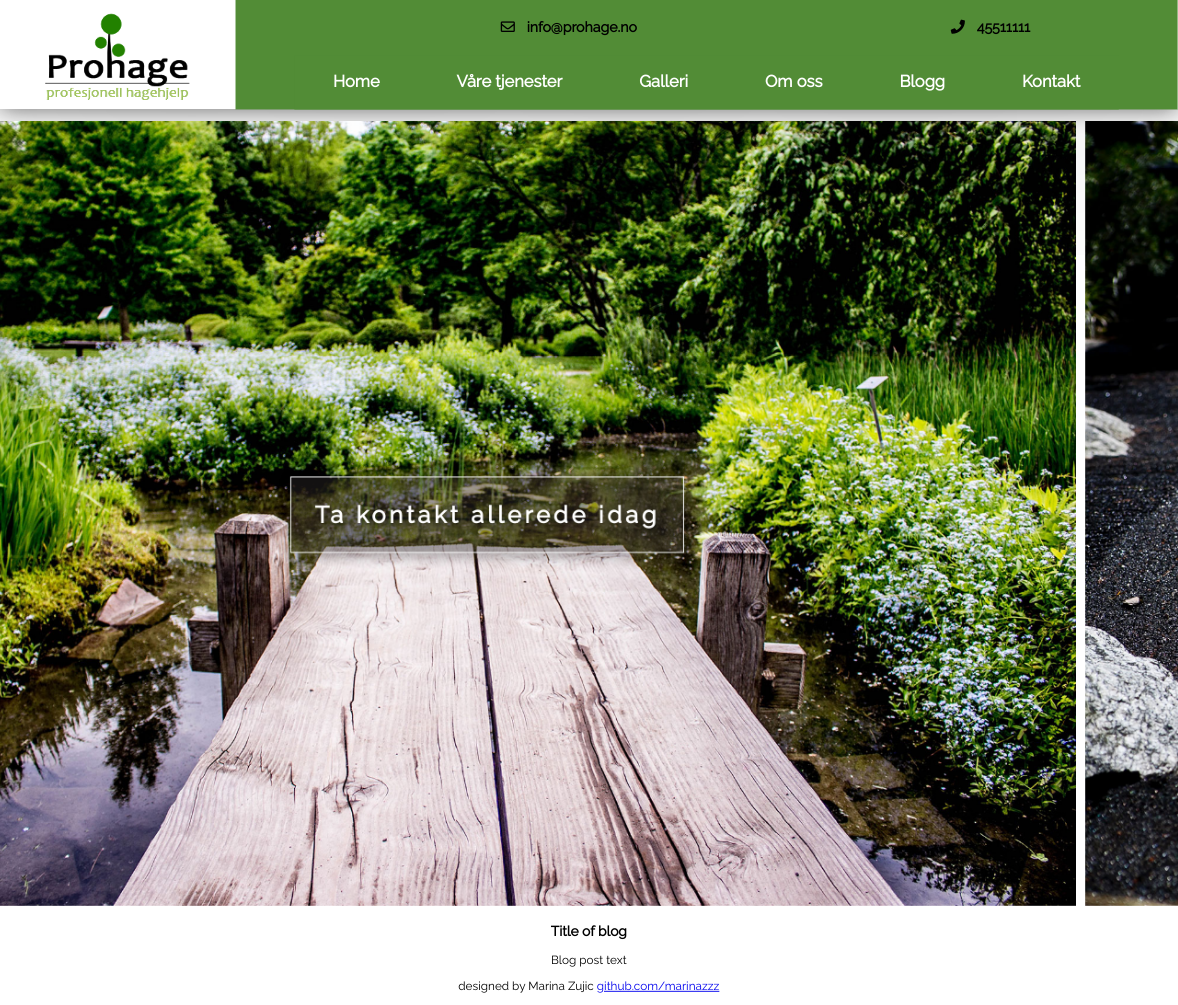
Repository: marinazzz/garden-design-website
Page: Garden design website/index.html
An editor plug-in stored every save of this project. The page is shown before and after the next save, followed by the edit.
The browser window is 1280 px wide. The pictures show the whole page, at 92% of full size.

Above is the page before, as saved 2020-03-30 13:36:39.

### Garden design website/index.html
<!DOCTYPE html>
<html lang="nb">
<head>
    <title>Hagedesign Oslo</title>
    <link rel="stylesheet" type="text/css" href="CSS/fontawesome-free-5.12.1-web/css/all.min.css">
    <link rel="stylesheet" type="text/css" href="CSS/style.css"/>
    <link rel="stylesheet" type="text/css" href="CSS/min-width-768px.css">
    <link rel="stylesheet" type="text/css" href="CSS/min-width-992px.css">
    <link rel="stylesheet" href="https://cdnjs.cloudflare.com/ajax/libs/animate.css/3.7.2/animate.min.css">
    <link rel="stylesheet" type="text/css" href="PLUGINS/glide-master/dist/css/glide.core.min.css" />
    <link rel="stylesheet" type="text/css" href="PLUGINS/glide-master/dist/css/glide.theme.min.css" />
    <link href="https://fonts.googleapis.com/css?family=Raleway&display=swap" rel="stylesheet">
    <meta name="viewport" content="width=device-width, initial-scale=1" charset="UTF-8">
</head>
<body>
    <header class="header--white-green">
        <div class="container__menu--small container__menu "> <!--grid container-->
            <div class="container__logo"> <!--1.column-->
                <img class="logo"src="images/prohage black.png" alt="Prohage logo">
            </div>
            <div class="container__items--small container__items"> <!--2.column-->
                <div class="container__item"> <!--1.row-->
                     <a href="mailto:info@prohage.no"
                         class ="container__item-txt"><i class="far fa-envelope"></i>info@prohage.no</a>
                     <a href="tlf:45511111"
                         class="container__item-txt"><i class="fas fa-phone"></i>45511111</a>
                </div>
               <div class="container__item-bottom"> <!--2.row-->
                   <button class="menu__toggle">
                       <i class="fas fa-bars"></i>
                   </button>
                   <nav id="menu">
                        <ul class="menu__list">
                            <li class="menu__item">
                                <a class="menu__link" href="home">Home</a>
                            </li>
                            <li class="menu__item">
                                <a class="menu__link" href="#services">Våre tjenester</a>
                            </li>
                            <li class="menu__item">
                                <a class="menu__link" href="#gallery">Galleri</a>
                            </li>
                            <li class="menu__item">
                                <a class="menu__link" href="#about">Om oss</a>
                            </li>
                            <li class="menu__item">
                                <a class="menu__link" href="#blog">Blogg</a>
                            </li>
                            <li class="menu__item">
                                <a class="menu__link" href="kontakt">Kontakt</a>
                            </li>
                       </ul>
                   </nav>
               </div>
            </div>
        </div>
        <section id="main-photo">
            <div class="glide">
                <div class="glide__track"
                     data-glide-el="track">
                    <ul class="glide__slides">
                        <li class="glide__slide">
                            <img class="main-photo__item"
                                 srcset="images/daylight-environment-garden-2000.jpg 2000w,
                                         images/daylight-environment-garden-1000.jpg 1000w"
                                 sizes="(min-width: 1440px) 2000px, 100vw"
                                 src="images/daylight-environment-garden-2000.jpg" alt="Garden and plants" />
                                 <h1 class="main-photo__title">Profesjonell hagehjelp</h1>
                        </li>
                        <li class="glide__slide">
                            <img class="main-photo__item"
                                 srcset="images/main-header-photo-2000.jpg 2000w,
                                          images/main-header-photo-1000.jpg 1000w"
                                 sizes="(min-width: 1440px) 2000px, 100vw"
                                 src="images/main-header-photo-2000.jpg" alt="Garden and plants" />
                                 <h1 class="main-photo__title">Ta kontakt allerede idag</h1>
                                </li>
                        <li class="glide__slide">
                            <img class="main-photo__item"
                                 srcset="images/header-photo-2000.jpg 2000w,
                                         images/header-photo-1000.jpg 1000w"
                                 sizes="(min-width: 1440px) 2000px, 100vw"
                                 src="images/header-photo-2000.jpg" alt="Garden designed by proffesional" />
                                 <h1 class="main-photo__title">Rådgiving og tipser</h1>
                        </li>
                        <li class="glide__slide">
                            <img class="main-photo__item"
                                 srcset="images/bloom-blooming-blur-2000.jpg 2000w,
                                         images/bloom-blooming-blur-1000.jpg 1000w"
                                 sizes="(min-width: 1440px) 2000px, 100vw"
                                 src="images/bloom-blooming-blur-2000.jpg" alt="Garden designed by proffesional" />
                                 <h1 class="main-photo__title">Følg vår hageblogg</h1>
                        </li>
                    </ul>
                </div>
                <!--<div class="glide__arrows"
                         data-glide-el="controls">
                        <button class="glide__arrow glide__arrow--left"
                                data-glide-dir="<">
                            <i class="fas fa-chevron-circle-left"></i>
                        </button>
                        <button class="glide__arrow glide__arrow--right"
                                data-glide-dir=">">
                            <i class="fas fa-chevron-circle-right"></i>
                        </button>
                    </div>-->
            </div>

            <!--<img class="main-photo__item1"
                 srcset="images/architecture-clouds-daylight-2000.jpg 2000w,
                         images/architecture-clouds-daylight-1000.jpg 1000w"
                 sizes="(min-width: 1440px) 2000px, 100vw"
                 src="images/architecture-clouds-daylight-2000.jpg" alt="Garden">
            <img class="main-photo__item2"
                 srcset="images/header-photo-2000.jpg 2000w,
                         images/header-photo-1000.jpg 1000w"
                 sizes="(min-width: 1440px) 2000px, 100vw"
                 src="images/header-photo-2000.jpg" alt="Garden designed by proffesional" >
            <img class="main-photo__item3"
                 srcset="images/main-header-photo-2000.jpg 2000w,
                         images/main-header-photo-1000.jpg 1000w"
                 sizes="(min-width: 1440px) 2000px, 100vw"
                 src="images/main-header-photo-2000.jpg" alt="Garden and plants" >
            <h1 class="main-photo__title">Profesjonell hagehjelp</h1>-->
        </section>
     </header>
     <main>
         <section id="services">

         </section>
         <section id="gallery">

        </section>
         <article id="blog-posts">
             <h3>Title of blog</h2>
             <p>Blog post text</p>
         </article>
         <section id="about oss">

        </section>
     </main>
     <footer>
	     <p>designed by Marina Zujic
		     <a href="https://github.com/marinazzz">github.com/marinazzz</a>
	     </p>
     </footer>
     <script src="PLUGINS/glide-master/dist/glide.min.js"></script>
     <script>
        new Glide('.glide', {
            type: 'carousel',
            autoplay: true,
            hoverpause: false,
            perView: 1,
            direction: 'rtl',
            animationDuration: 10000
        }).mount()
      </script>
     <script src="JS/js-app.js"></script>
</body>
</html>

### Garden design website/CSS/style.css
html {
  font-size: 62.5%;
}

body {
  margin: 0;
  padding: 0;
  text-align: center;
  box-sizing: border-box;
  font-family: 'Raleway', sans-serif;
}

       /*__ HEADER__ */

/*color styles*/
.header--white-green {
  --header-bg-color: #528C36;
  --header-link-color: black;
  --header-menu-link: #fff;
  --header-toggle-color: #528C36;
}

/*main style*/
.container__menu--small {
  display: flex;
  justify-content: space-around;
  box-shadow: 0 0 2rem 0 rgba(0, 0, 0, 0.24), 0 0 30rem 0 rgba(0, 0, 0, 0.2);
}

.logo {
  max-height: 8rem;
  background: white;
}

.container__items--small {
  display: grid;
  grid-template-rows: 1fr 1fr;
  align-content: flex-end;
  width: 250px;
}

.container__item {
  align-self: center;
}

.container__item,
.container__item-bottom {
  text-align: end;
}

.container__item-txt {
  color: var(--header-link-color);
  text-decoration: none;
  font-size: 1.2rem;
}

.container__item > a:first-of-type {
  padding-right: 1.6rem;
}

.container__item-bottom > nav {
  text-align: center;
}

.menu__toggle {
  color: var(--header-bg-color);
  box-sizing: border-box;
  border: none;
  background-color: transparent;
  outline: none;
  font-size: 3rem;
  line-height: 0;
  padding: 0.5rem;
  color: var(--header-toggle-color);
  position: relative;
  z-index: 100;
}

.fa-phone,
.fa-envelope {
  margin-right: 1rem;
}


/* MENU */

#menu {
  display: none;
  position: absolute;
  top: auto;
  left: 0;
  width: 100%;
  padding-top: 1rem;
  background-color: var(--header-bg-color);
  z-index: 20;
}

.menu__list {
  padding: 0;
  margin: 0;
  display: flex;
  flex-direction: column;
}

.menu__item {
  display: block;
  margin-bottom: 1rem;
}

.menu__link {
  color: var(--header-menu-link);
  text-decoration: none;
  font-size: 1.4rem;
}

#menu.menu-opened {
  display: block;
}


/*FOR SMALL DEVICES*/

@media screen and (max-width: 420px) {

  .logo {
    max-height: 7rem;
  }

  .container__items--small {
    width: auto;
    align-self: center;
  }

  .container__item > a:first-of-type {
    padding-right: 1.3rem;
  }

  .container__item {
    text-align: center;
  }

  .fa-phone, .fa-envelope {
    margin-right: 0.3rem;
  }
}

/* MAIN PICTURE */

#main-photo {
  width: 100%;
  padding-top: 1rem;
}

.main-photo__title {
  position: absolute;
  color: white;
  background-color:#524a4a3b;
  border: 0.1rem solid white;
  filter: drop-shadow(2px 4px 6px black);
  padding: 2rem;
  margin: 0 auto;
  font-size: 1.5rem;
  letter-spacing: 0.2rem;
  top: 50%;
  left: 50%;
  transform: translate(-50%, -50%);
}



/* GLIDE SLIDER CSS OVERRIDES */

.glide__slides {
  margin: 0;
}

.glide__slide {
  position: relative;
}

/*#main-photo .glide__arrow  {
  font-size: 4rem;
  padding: 0;
  border-color: transparent;
  box-shadow: none;
  border-radius: 50%;
  line-height: 0;
  transition: all 200ms ease-in-out;
}

#main-photo .glide__arrow:hover {
  border-color: #252525;
  color: #252525;
}*/



/*#main-photo {
  position: relative;
}

.main-photo__item {
   width: 100%;
}

.main-photo__title {
  position: absolute;
  bottom: 1rem;
  left: 20rem;
  font-size: 2rem;
}*/



/*1. COLOR OPTION*/
/* CSS variables*/
/* :root {
  --header-bg-color: #4daa57;
  --header-top-bg-color: #252525;
  --header-toggle-color: #fff;
}*/

/*.top-header__item {
  color: var(--header-link-color);
  text-decoration: none;
  font-size: 1.4rem;
}*/


/*------MAIN----------*/

### Garden design website/CSS/min-width-768px.css
@media screen and (min-width: 768px) {

  html {
    font-size: 70%;
  }

   /* HEADER */


   .container__menu,
   .container__items {
    display: grid;
   }

   .container__menu {
    grid-template-columns: 2fr 80%;
    box-shadow: 0 0 2rem 0 rgba(0, 0, 0, 0.62), 0 0 30rem 0 rgba(0, 0, 0, 0.19);
  }

  .container__items {
    grid-template-rows: 1fr 1fr;
    background: var(--header-bg-color);
    width: auto;
  }

  .container__item,
  .container__item-bottom {
    display: flex;
  }

  .container__item {
    align-self: center;
    justify-content: space-around;
    /*padding-left: 23rem;*/
  }

  .container__item-bottom {
    align-items: center;
  }

  .menu__toggle {
    display: none;
  }

  /* NAVIGATION */

  #menu,
  .menu-opened .menu__item .menu__link {
    display: block;
  }

  #menu {
    position: static;
    padding: 0;
    top: 0;
  }

  #menu,
  .menu_list {
    height: 100%;
  }

  .menu__list {
    height: 100%;
    flex-direction: row;
    justify-content: center;
    align-items: center;
  }

  .menu__item {
    height: 100%;
    display: block;
    flex-grow: 1;
    margin: 0;
    line-height: 4.5rem;
  }

  .menu__item:hover {
    background-color:#272727;
  }

  .menu__link:active {
    color:black;
  }

  .menu__link,
  .container__item-txt {
    font-weight: bold;
  }

  /* color styles */

  :root {
    /*header*/
    --header-bg-color:#528C36;
    --link-color: #FCFDF9;
  }

  /* MAIN PHOTO */

  .main-photo__title {
    font-size: 2rem;
    letter-spacing: 0.3rem;
}

}

### Garden design website/CSS/min-width-992px.css
@media screen and (min-width: 992px) {
    html {
        font-size: 80%;
    }

    .container--max-width {
        max-width: 1012px;
        margin: auto;
        padding: 0 10rem 0 10rem;
    }

   /* HEADER */

    .logo {
        max-height: 9rem;
    }

    .container__item {
        padding-left: 10rem;
    }

    .container__item-bottom {
        padding: 0 5rem;
    }
}

@media screen and (min-width: 1440px) {

    /* HEADER */

    .container__item {
        padding-left: 22rem;
    }

    /* MAIN PHOTO */

    .main-photo__title {
        font-size: 3rem;
        letter-spacing: 0.5rem;
    }
}

@media screen and (min-width: 2560px) {

    .logo {
        max-height: 12rem;
    }

    .container__item {
        justify-self: center;
    }

    .container__item > a:first-of-type {
        padding: 0 13rem;
    }

    .container__item-bottom {
        padding: 0 40rem;
    }
}

### Garden design website/JS/js-app.js
let mainNav = document.getElementById("menu");

let navBarToggle = document.querySelector(".menu__toggle");

navBarToggle.addEventListener("click", function () {

    mainNav.classList.toggle("menu-opened");
});

Loaded but not shown: Garden design website/CSS/fontawesome-free-5.12.1-web/css/all.min.css (library); Garden design website/PLUGINS/glide-master/dist/css/glide.core.min.css (common file); Garden design website/PLUGINS/glide-master/dist/css/glide.theme.min.css (common file); Garden design website/PLUGINS/glide-master/dist/glide.min.js (library)

After the next save:
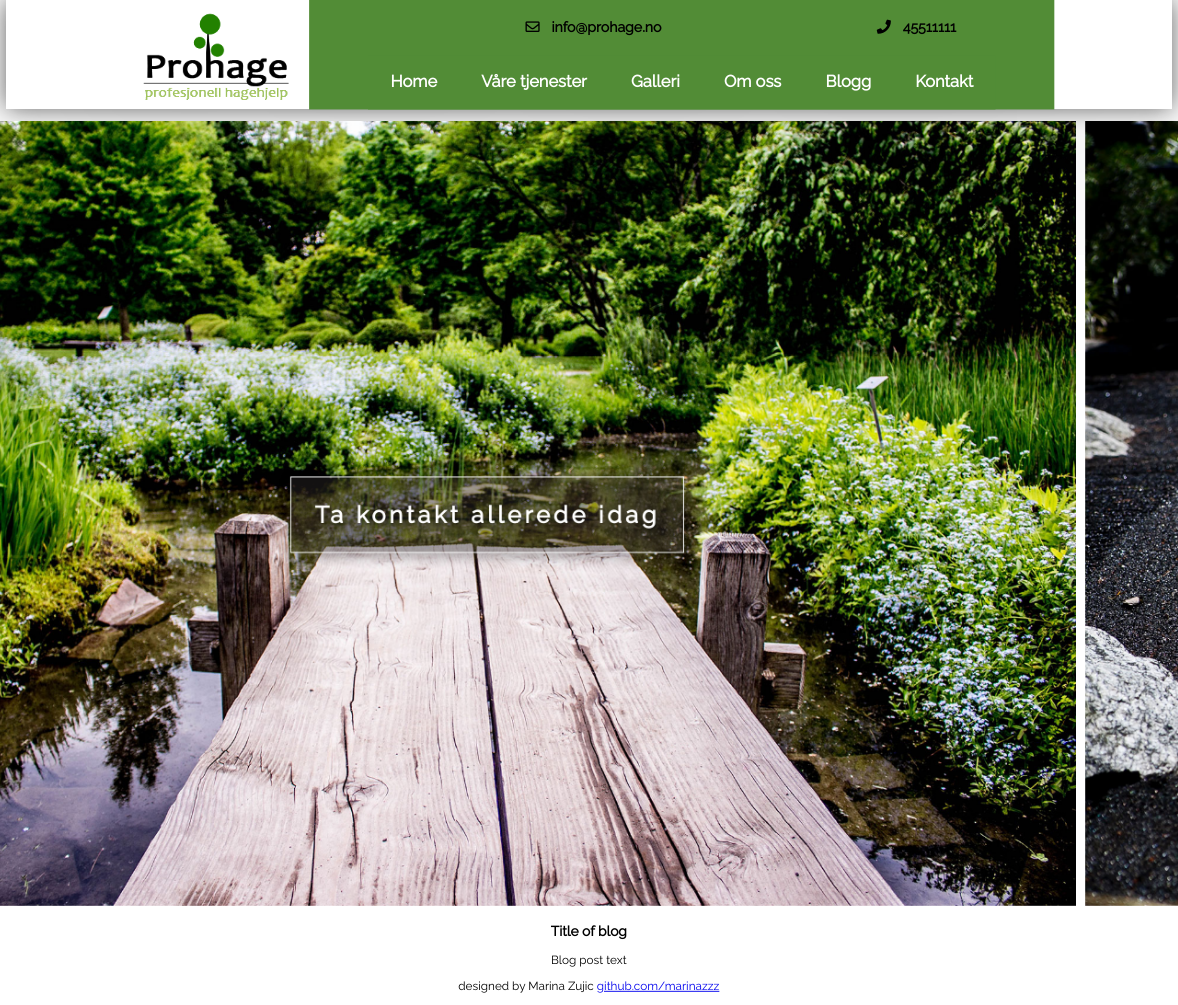
Saved 23 s later.
--- a/Garden design website/index.html
+++ b/Garden design website/index.html
@@ -14,7 +14,7 @@
 </head>
 <body>
     <header class="header--white-green">
-        <div class="container__menu--small container__menu "> <!--grid container-->
+        <div class="container__menu--small container__menu container--max-width"> <!--grid container-->
             <div class="container__logo"> <!--1.column-->
                 <img class="logo"src="images/prohage black.png" alt="Prohage logo">
             </div>
